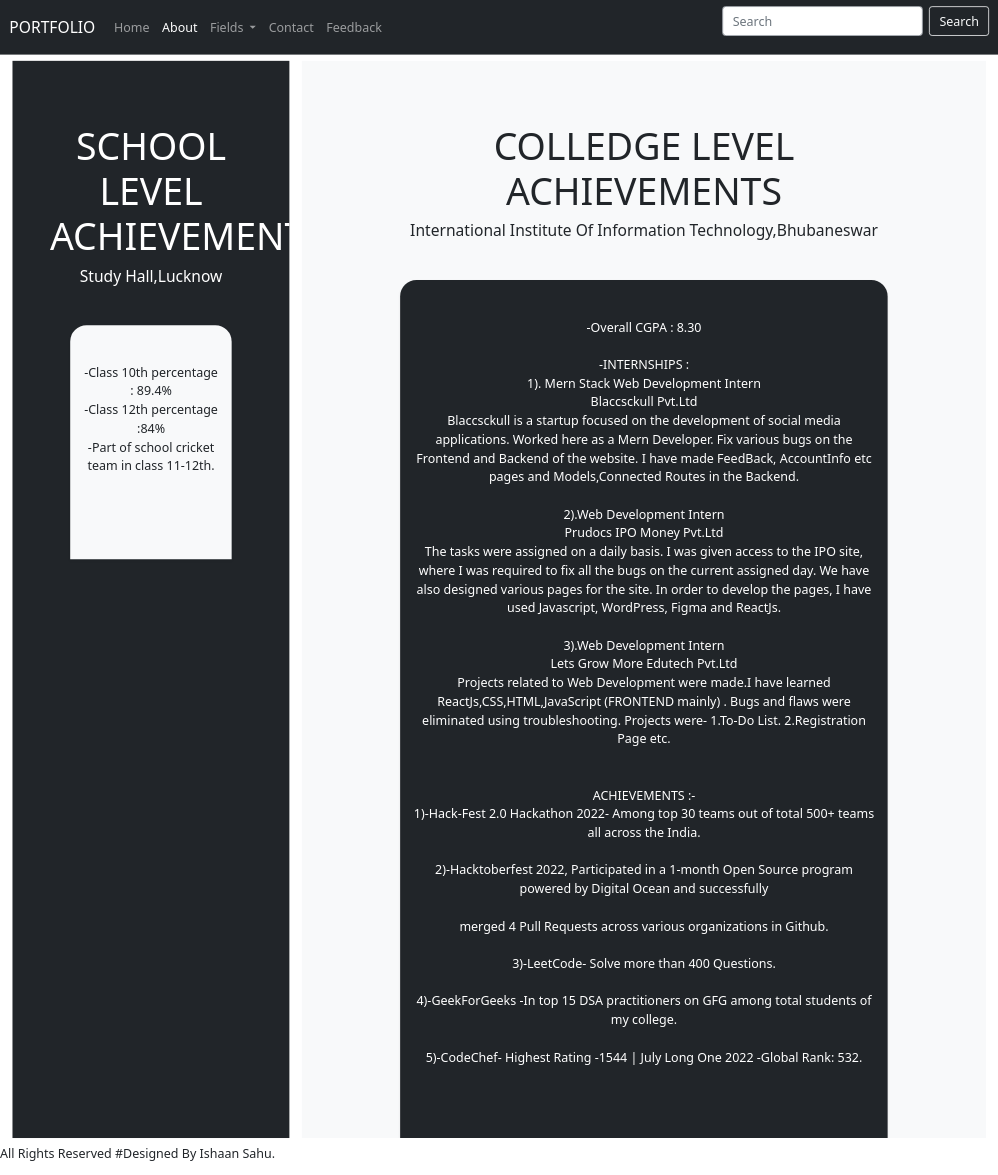
Repository: ishaan51551/Ishaan-s-Portfolio-
Page: about.html
These files come from the project's save history. The page is drawn as it stood at one moment and after the next save; the edit follows.
The browser window is 1280 px wide. The pictures show the whole page, at 78% of full size.

Above is the page before, as saved 2023-09-13 16:31:32.

### about.html
</body>

</html>

<!doctype html>
<html lang="en">

<head>
  <!-- Required meta tags -->
  <meta charset="utf-8">
  <meta name="viewport" content="width=device-width, initial-scale=1">

  <!-- Bootstrap CSS -->
  <link href="https://cdn.jsdelivr.net/npm/bootstrap@5.1.1/dist/css/bootstrap.min.css" rel="stylesheet"
    integrity="sha384-F3w7mX95PdgyTmZZMECAngseQB83DfGTowi0iMjiWaeVhAn4FJkqJByhZMI3AhiU" crossorigin="anonymous">

  <title>Ishaan Sahu Portfolio</title>
</head>

<body>


  <!-- NAVBAR -->
  <nav class="navbar navbar-expand-lg navbar-dark bg-dark">
    <div class="container-fluid">
      <a class="navbar-brand" href="#">PORTFOLIO </a>
      <button class="navbar-toggler" type="button" data-bs-toggle="collapse" data-bs-target="#navbarSupportedContent"
        aria-controls="navbarSupportedContent" aria-expanded="false" aria-label="Toggle navigation">
        <span class="navbar-toggler-icon"></span>
      </button>
      <div class="collapse navbar-collapse" id="navbarSupportedContent">
        <ul class="navbar-nav me-auto mb-2 mb-lg-0">
          <li class="nav-item">
            <a class="nav-link " aria-current="page" href="index.html">Home</a>
          </li>
          <li class="nav-item">
            <a class="nav-link active" href="/about.html">About</a>
          </li>
          <li class="nav-item dropdown">
            <a class="nav-link dropdown-toggle" href="#" id="navbarDropdown" role="button" data-bs-toggle="dropdown"
              aria-expanded="false">
              Fields
            </a>
            <ul class="dropdown-menu" aria-labelledby="navbarDropdown">
              <li><a class="dropdown-item" href="programming.html">Programming</a></li>
              <li><a class="dropdown-item" href="webdev.html">Web Devlopment</a></li>
              <li>
                <hr class="dropdown-divider">
              </li>
              <li><a class="dropdown-item" href="extracurricular.html">Extra Curricular</a></li>
            </ul>
          </li>
          <li class="nav-item">
            <a class="nav-link " aria-current="page" href="contact.html">Contact</a>
          </li>

          <li class="nav-item">
            <a class="nav-link" href="feedback.html">Feedback</a>

          </li>

        </ul>
        <form class="d-flex">
          <input class="form-control me-2" type="search" placeholder="Search" aria-label="Search">
          <button class="btn btn-outline-light" type="submit">Search</button>

        </form>
      </div>
    </div>
  </nav>

  <!-- Optional JavaScript; choose one of the two! -->

  <!-- Option 1: Bootstrap Bundle with Popper -->
  <script src="https://cdn.jsdelivr.net/npm/bootstrap@5.1.1/dist/js/bootstrap.bundle.min.js"
    integrity="sha384-/bQdsTh/da6pkI1MST/rWKFNjaCP5gBSY4sEBT38Q/9RBh9AH40zEOg7Hlq2THRZ"
    crossorigin="anonymous"></script>



  <!-- boxes -->
  <div class="d-md-flex flex-md-equal w-100my-md-3 ps-md-3 my-2 justify-content-center align item center">
    <div class="bg-dark me-md-3 pt-3 px-3 pt-md-5 px-md-5 text-center text-white overflow-hidden">
      <div class="my-3 py-3 ">
        <h2 class="display-5">SCHOOL LEVEL ACHIEVEMENTS</h2>
        <p class="lead">Study Hall,Lucknow</p>
      </div>
      <div class="bg-light shadow-sm mx-auto" style="width: 80%; height: 300px; border-radius: 21px 21px 0 0;">
        <p class="dance text-dark overfow-hidden text-center px-3 py-5">-Class 10th percentage : 89.4%</br>
          -Class 12th percentage :84%</br>
          -Part of school cricket team in class 11-12th.<br>
        </p>

      </div>
    </div>
    <div class="bg-light me-md-3 pt-3 px-3 pt-md-5 px-md-5 text-center overflow-hidden">
      <div class="my-3 p-3">
        <h2 class="display-5">COLLEDGE LEVEL ACHIEVEMENTS</h2>
        <p class="lead">International Institute Of Information Technology,Bhubaneswar</p>
      </div>
      <div class="bg-dark shadow-sm mx-auto" style="width: 80%; height: 1100px; border-radius: 21px 21px 0 0;">
        <p class="swing text-white text-center px-3 py-5">
          -Overall CGPA : 8.30<br><br>
          -INTERNSHIPS :
          <br>
          1). Mern Stack Web Development Intern<br>
          Blaccsckull Pvt.Ltd<br>
          Blaccsckull is a startup focused on the development of social media applications. Worked here as a Mern
          Developer.
          Fix various bugs on the Frontend and Backend of the website.
          I have made FeedBack, AccountInfo etc pages and Models,Connected Routes in the Backend.
          <br>
          <br>
          2).Web Development Intern<br>
          Prudocs IPO Money Pvt.Ltd<br>
          The tasks were assigned on a daily basis.
          I was given access to the IPO site, where I was required to fix all the bugs on the current assigned day. We
          have also designed various pages for the site.
          In order to develop the pages, I have used Javascript, WordPress, Figma and ReactJs.
          <br>
          <br>
          3).Web Development Intern<br>
          Lets Grow More Edutech Pvt.Ltd<br>
          Projects related to Web Development were made.I have learned ReactJs,CSS,HTML,JavaScript (FRONTEND mainly) .
          Bugs and flaws were eliminated using troubleshooting.
          Projects were-
          1.To-Do List.
          2.Registration Page etc.
          <br><br><br>
          ACHIEVEMENTS :-<br>
          1)-Hack-Fest 2.0 Hackathon 2022- Among top 30 teams out of total 500+ teams all across the India.<br text-left><br>
          2)-Hacktoberfest 2022, Participated in a 1-month Open Source program powered by Digital Ocean and successfully<br text-center><br>
          merged 4 Pull Requests across various organizations in Github.<br text-left><br>
          3)-LeetCode- Solve more than 400 Questions.<br><br>
          4)-GeekForGeeks -In top 15 DSA practitioners on GFG among total students of my college. <br><br>
          5)-CodeChef- Highest Rating -1544 | July Long One 2022 -Global Rank: 532.<br><br>

        </p>
        </p>
      </div>
    </div>
  </div>

  <!-- FOOTER  -->
  <footer class="blog-footer">
    <p>All Rights Reserved #Designed By Ishaan Sahu.</p>
    <p>

    </p>
  </footer>
</body>

</html>

After the next save:
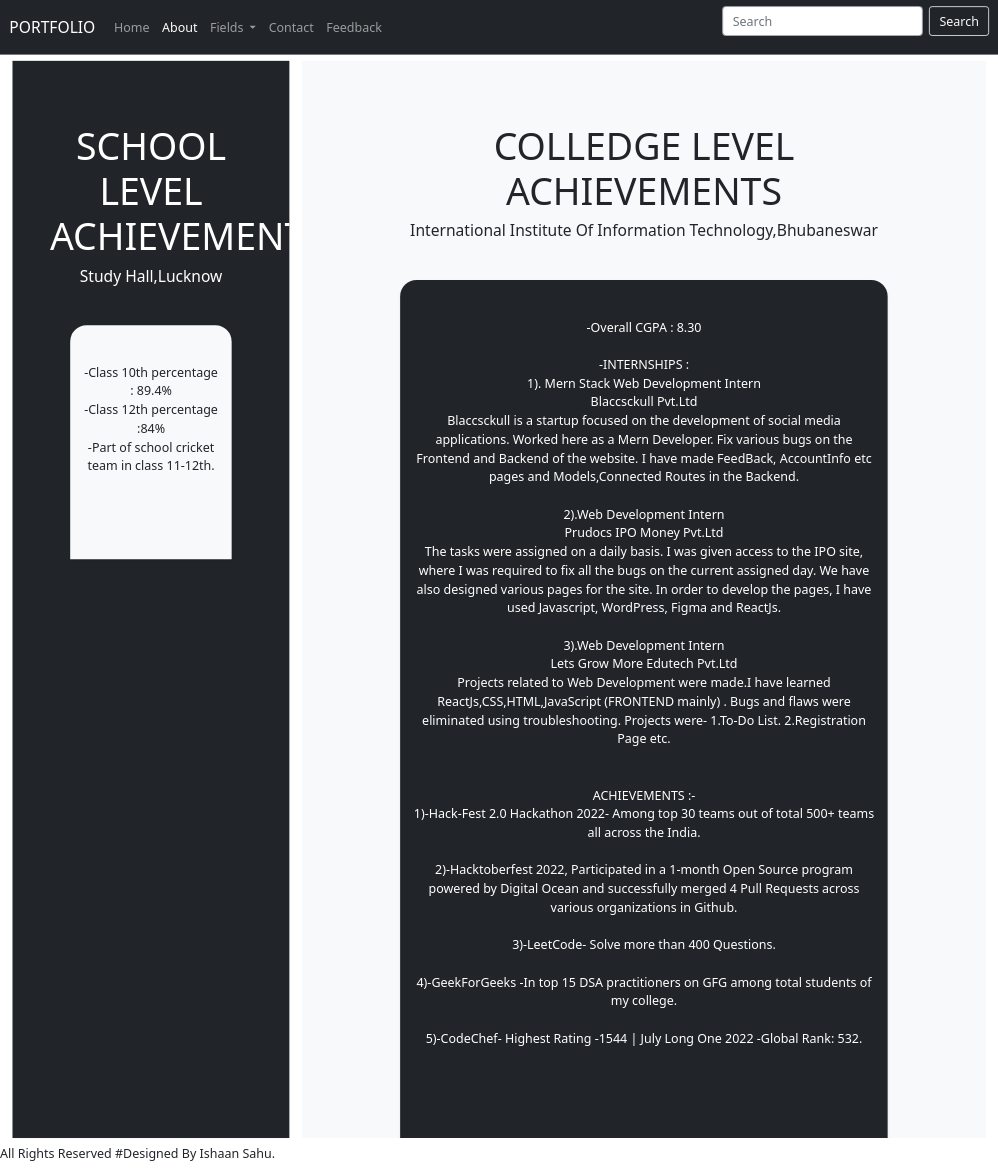
Saved 39 s later.
--- a/about.html
+++ b/about.html
@@ -129,8 +129,7 @@
           <br><br><br>
           ACHIEVEMENTS :-<br>
           1)-Hack-Fest 2.0 Hackathon 2022- Among top 30 teams out of total 500+ teams all across the India.<br text-left><br>
-          2)-Hacktoberfest 2022, Participated in a 1-month Open Source program powered by Digital Ocean and successfully<br text-center><br>
-          merged 4 Pull Requests across various organizations in Github.<br text-left><br>
+          2)-Hacktoberfest 2022, Participated in a 1-month Open Source program powered by Digital Ocean and successfully merged 4 Pull Requests across various organizations in Github.<br text-left><br>
           3)-LeetCode- Solve more than 400 Questions.<br><br>
           4)-GeekForGeeks -In top 15 DSA practitioners on GFG among total students of my college. <br><br>
           5)-CodeChef- Highest Rating -1544 | July Long One 2022 -Global Rank: 532.<br><br>
